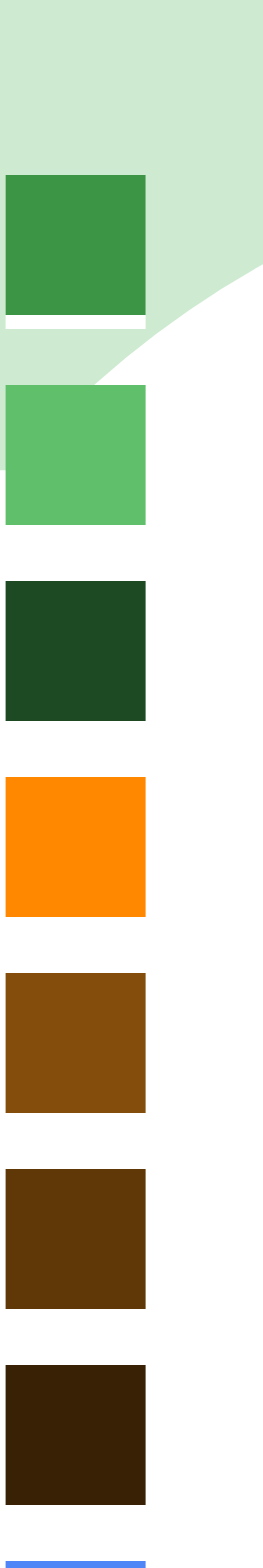
Repository: jjennbui/seedsprout_styleguide
Page: pages/colorPalette.html
These files come from the project's save history. The page is drawn as it stood at one moment and after a run of saves; the edit follows.
The browser window is 375 px wide. The pictures show the part of the page from y = 1460 to 3700 px (the page is 3898 px tall), at 70% of full size.
Some web fonts or font styles are not loaded; a fallback is used.

Above is the page before, as saved 2023-03-11 00:59:21.

After the next 3 saves:
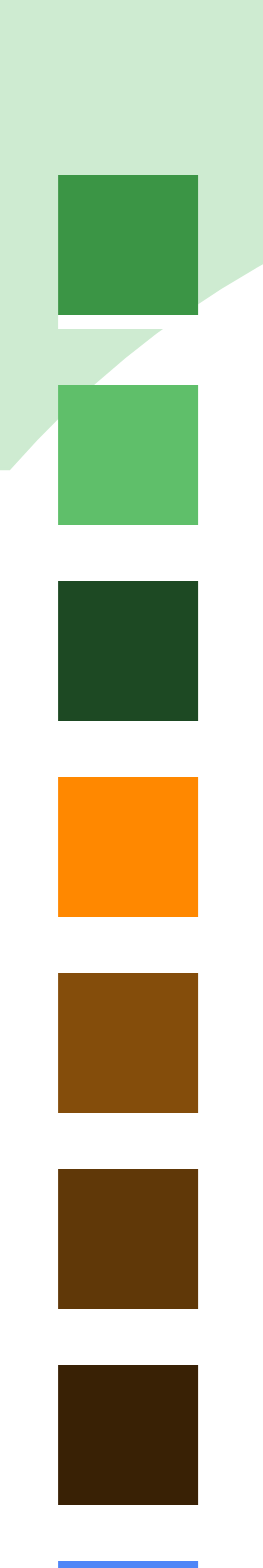
The 3 saves are shown as one change because they came seconds apart.
The last was saved 9 s later.
--- a/styles/home.css
+++ b/styles/home.css
@@ -214,7 +214,7 @@ body {
         justify-content:center;
         margin-top: 150vh;
         gap: 10vh;
- ma
+ margin-left: 20vw;
     }
 
 
